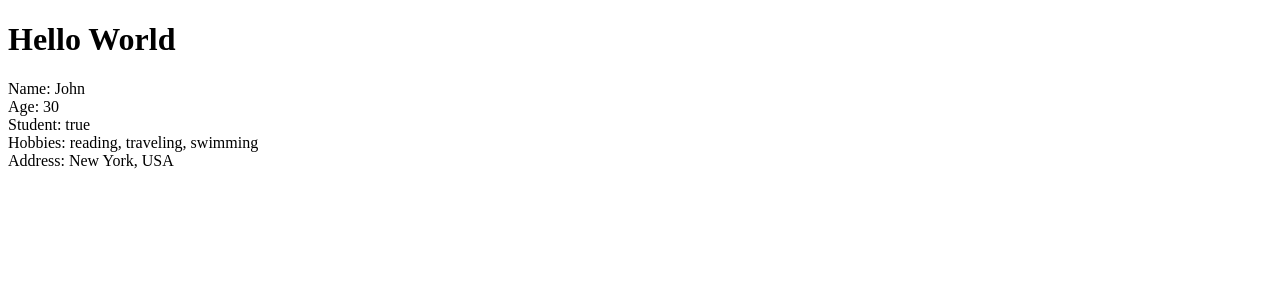
Repository: walidrashadx/Javascript_ES6
Page: index.html
The author's editor kept a copy of each file at every save. The page is drawn from the files as they stood at one save, then again after a run of saves.
The browser window is 1280 px wide. The pictures show the whole page.

Above is the page before, as saved 2025-09-27 23:28:07.
Console error: ReferenceError: myfriend is not defined

### index.html
<!DOCTYPE html>
<html lang="en">
  <head>
    <meta charset="UTF-8" />
    <meta name="viewport" content="width=device-width, initial-scale=1.0" />
    <title>Document</title>

  </head>
  <body>
    <h1 id="hello">Hello World</h1>

     <script src="main.js"></script>
  </body>
  </html>

### main.js
let uname = "John";
let age = 30;
let isStudent = true;
let hobbies = ["reading", "traveling", "swimming"];
let address = { city: "New York", country: "USA" };

let personCard = `<div id = "card">

<div id = "name"> Name: ${uname} </div>
<div id = "age"> Age: ${age} </div>
<div id = "isStudent"> Student: ${isStudent} </div>
<div id = "hobbies"> Hobbies: ${hobbies.join(", ")} </div>
<div id = "address"> Address: ${address.city}, ${
  address.country
} </div> </div>`;

// Append the personCard to the body using DOM manipulation
document.body.innerHTML += personCard;
let myFriend = ["Alice", "Bob", "Charlie", "David", "Eve"];

console.log(`hello ${myFriend[0]}`);
console.log(myFriend.length);
myfriend[2] = "Zara";

window.onload = function () {
  document.getElementById("card").style.border = "2px solid black";
  document.getElementById("card").style.padding = "10px";
  document.getElementById("card").style.margin = "10px";
  document.getElementById("card").style.backgroundColor = "lightblue";
  document.querySelector("h1").style.color = "blue";
};

console.log(myFriend); // Output the updated array

After the next 2 saves:
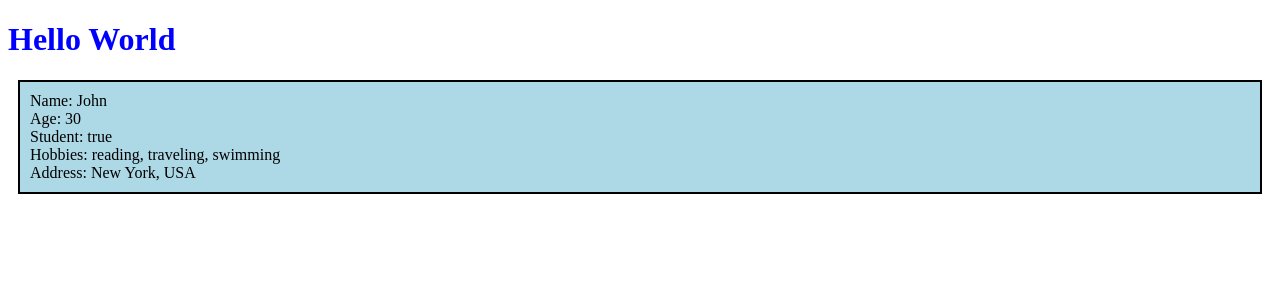
The error is gone.
The 2 saves are shown as one change because they came seconds apart.
The last was saved 51 s later.
--- a/main.js
+++ b/main.js
@@ -20,7 +20,7 @@ let myFriend = ["Alice", "Bob", "Charlie", "David", "Eve"];
 
 console.log(`hello ${myFriend[0]}`);
 console.log(myFriend.length);
-myfriend[2] = "Zara";
+myFriend[2] = "Zara";
 
 window.onload = function () {
   document.getElementById("card").style.border = "2px solid black";
